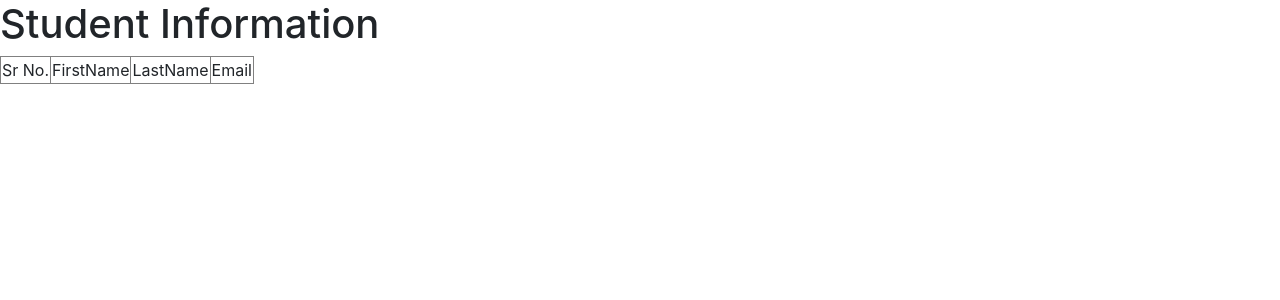
Repository: 2001Yogi/JavaWebAssignment
Page: http://localhost/DatabaseJSTLSQLTAG/
These files come from the project's save history. The page is drawn as it stood at one moment and after the next save; the edit follows.
The browser window is 1280 px wide. The pictures show the whole page.
The page is served by Tomcat 9. Queries for data that is not in the repository find no rows.

Above is the page before, as saved 2024-09-18 08:03:34.

### DatabaseJSTLSQLTAG/src/main/webapp/index.jsp
<%@ page language="java" contentType="text/html; charset=ISO-8859-1"
	pageEncoding="ISO-8859-1"%>
<%@ taglib prefix="c" uri="http://java.sun.com/jsp/jstl/core"%>
<%@ taglib prefix="fn" uri="http://java.sun.com/jsp/jstl/functions"%>
<%@ taglib prefix="sql" uri="http://java.sun.com/jsp/jstl/sql"%>
<!DOCTYPE html>
<html>
<head>
<meta charset="ISO-8859-1">
<title>DataBase Data Using JSTL SQL TAGS</title>
<link rel="stylesheet"
	href="https://cdn.jsdelivr.net/npm/bootstrap@4.4.1/dist/css/bootstrap.min.css"
	integrity="sha384-Vkoo8x4CGsO3+Hhxv8T/Q5PaXtkKtu6ug5TOeNV6gBiFeWPGFN9MuhOf23Q9Ifjh"
	crossorigin="anonymous">
</head>
<body>
<h1>Student Information</h1>
	<sql:setDataSource driver="com.mysql.jdbc.Driver"
		url="jdbc:mysql://localhost:3306/user" user="root" password=""
		var="ds"></sql:setDataSource>
	<sql:query dataSource="${ds}" var="rs">select * from student</sql:query>
	<table border="1">
		<tr>
				<td>Sr No.</td>
				<td>FirstName</td>
				<td>LastName</td>
				<td>Email</td>
			</tr>
		<c:forEach items="${rs.rows}" var="row">
				<tr>
					<td><c:out value="${row.id}"></c:out></td>
					<td><c:out value="${row.fname}"></c:out></td>
					<td><c:out value="${row.lname}"></c:out></td>
					<td><c:out value="${row.email}"></c:out></td>
				</tr>
			</c:forEach>
	</table>
</body>
</html>

After the next save:
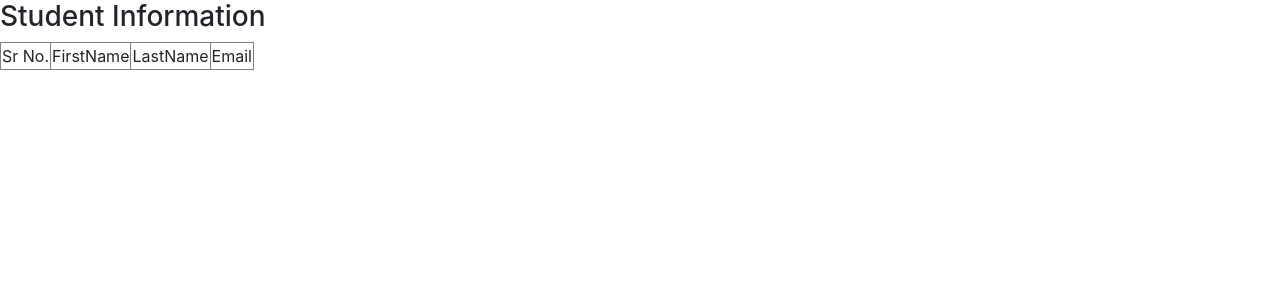
Saved 16 s later.
--- a/DatabaseJSTLSQLTAG/src/main/webapp/index.jsp
+++ b/DatabaseJSTLSQLTAG/src/main/webapp/index.jsp
@@ -14,7 +14,7 @@
 	crossorigin="anonymous">
 </head>
 <body>
-<h1>Student Information</h1>
+<h3>Student Information</h3>
 	<sql:setDataSource driver="com.mysql.jdbc.Driver"
 		url="jdbc:mysql://localhost:3306/user" user="root" password=""
 		var="ds"></sql:setDataSource>
